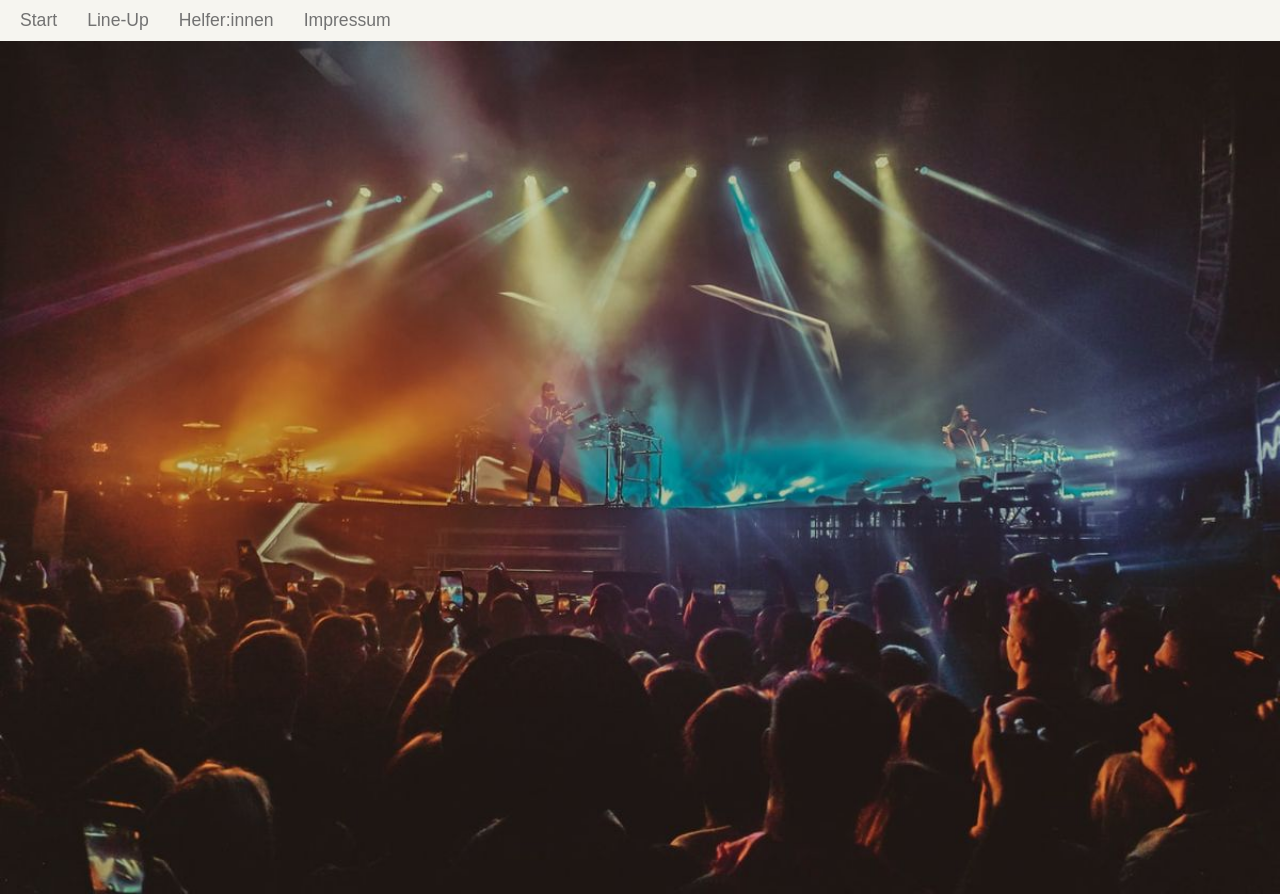
Repository: Hajimohammadi-KI/Web-Technologien
Page: index.html
These files come from the project's save history. The page is drawn as it stood at one moment and after the next save; the edit follows.
The browser window is 1280 px wide. The pictures show the whole page.

Above is the page before, as saved 2025-09-30 13:43:08.

After the next save:
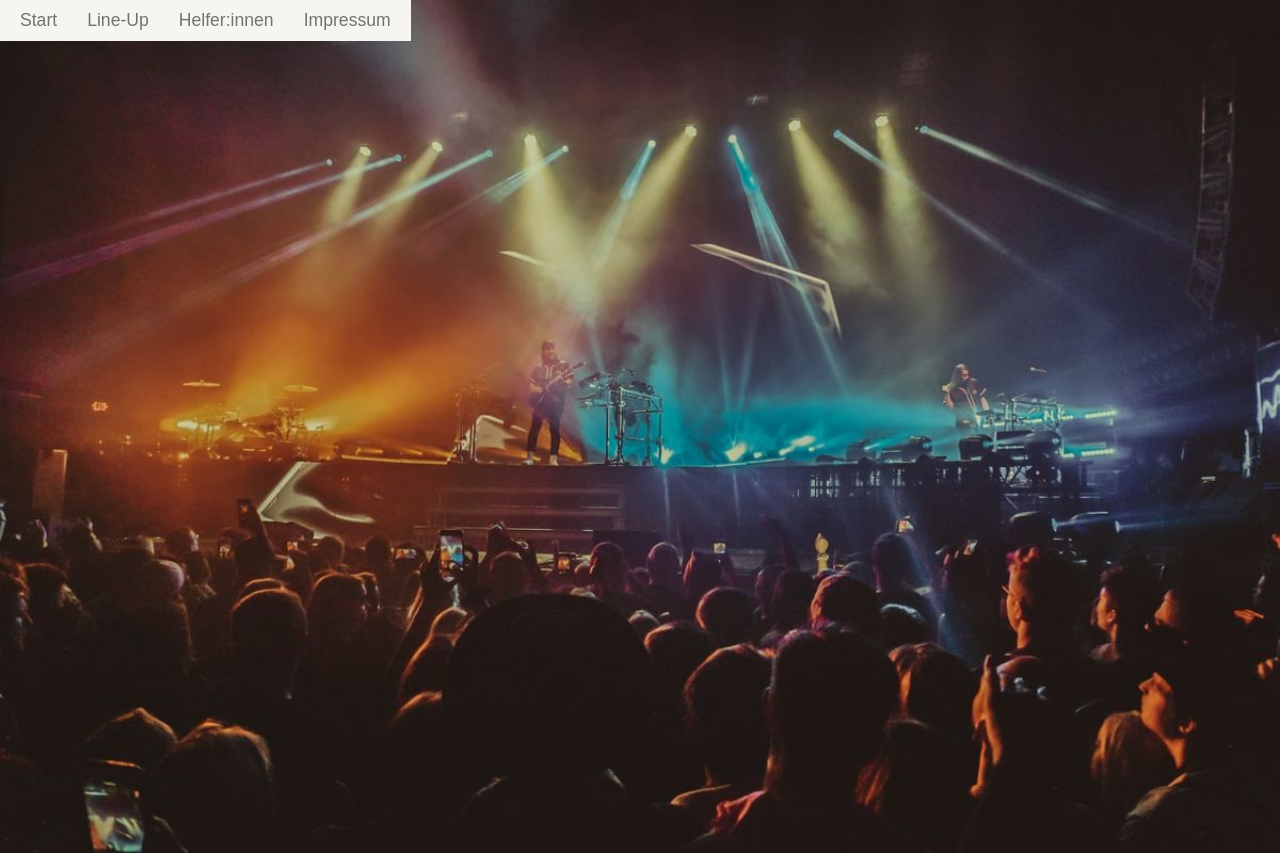
Saved 8 s later.
--- a/Style.css
+++ b/Style.css
@@ -44,7 +44,7 @@
   The .container class centers content and limits its maximum width for better readability.
 */
 nav {
-  position: fixe;
+  position: fixed;
   background: #f6f5f0; /* [translate:رنگ پس‌زمینه روشن برای نوار ناوبری] */
   padding: 10px 20px; /* [translate:افزودن فاصله داخلی به نوار ناوبری] */
   display: flex; /* [translate:نمایش آیتم‌ها به صورت افقی] */

After the 2 saves that followed:
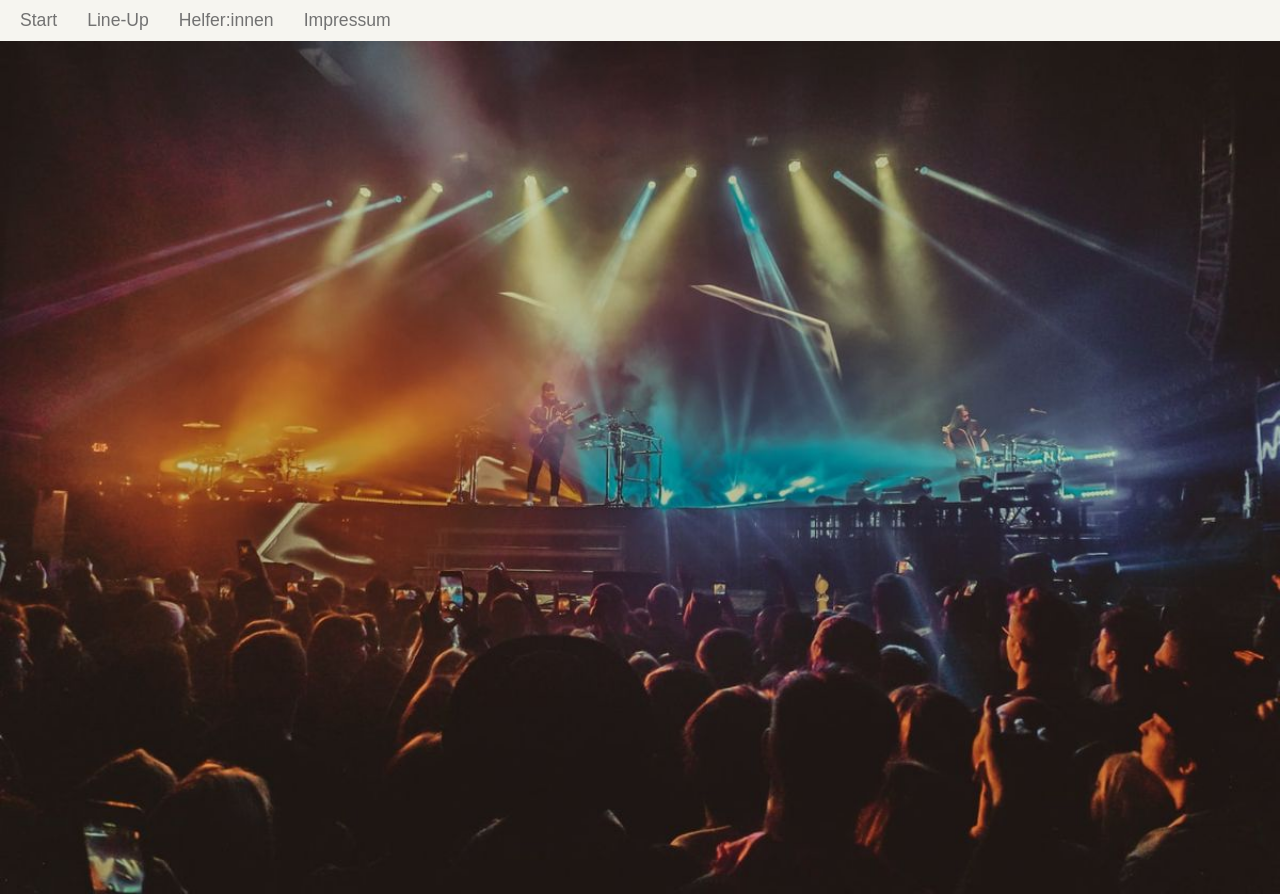
The 2 saves are shown as one change because they came seconds apart.
The last was saved 26 s later.
--- a/Style.css
+++ b/Style.css
@@ -44,7 +44,7 @@
   The .container class centers content and limits its maximum width for better readability.
 */
 nav {
-  position: fixed;
+  position: fixedZZZ;
   background: #f6f5f0; /* [translate:رنگ پس‌زمینه روشن برای نوار ناوبری] */
   padding: 10px 20px; /* [translate:افزودن فاصله داخلی به نوار ناوبری] */
   display: flex; /* [translate:نمایش آیتم‌ها به صورت افقی] */
